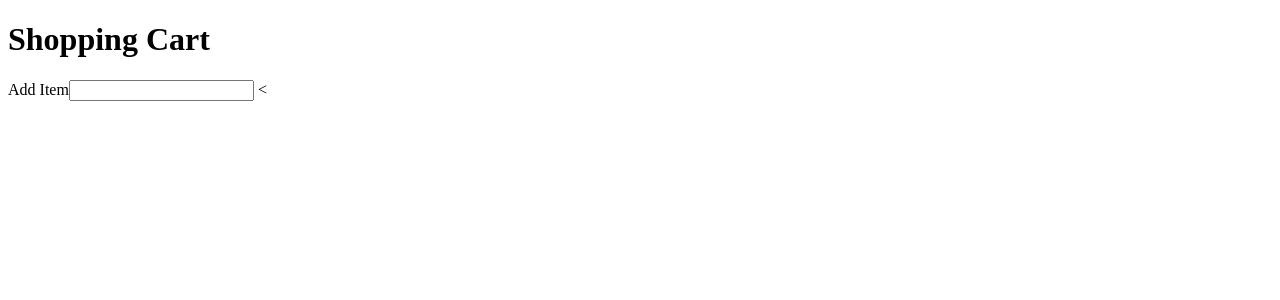
Repository: Mankelvo/Cat
Page: index.html
The author's editor kept a copy of each file at every save. The page is drawn from the files as they stood at one save, then again after a run of saves.
The browser window is 1280 px wide. The pictures show the whole page.

Above is the page before, as saved 2026-02-12 20:46:41.

After the next 4 saves:
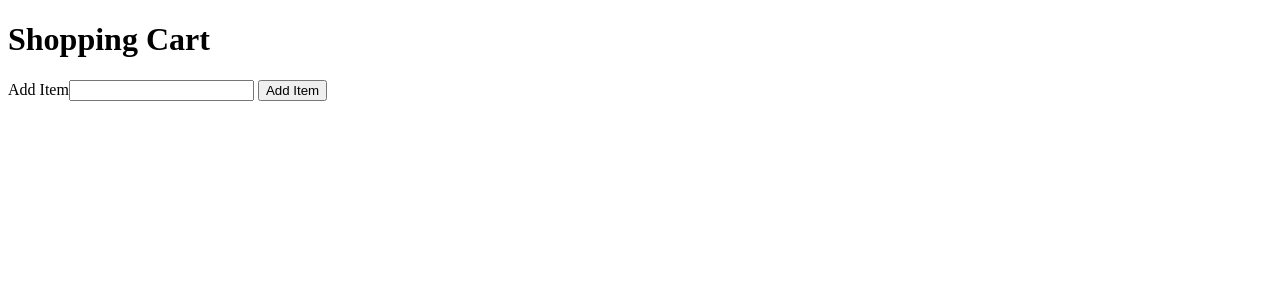
The 4 saves are shown as one change because they came seconds apart.
The last was saved 11 s later.
--- a/index.html
+++ b/index.html
@@ -11,7 +11,7 @@
 <h1>Shopping Cart</h1>
 <div class="input-container">
     <label>Add Item<input id="input" type="text"></label>
-    <
+    <button>Add Item</button>
 
 </div>
 <div class="btn-container"></div>
